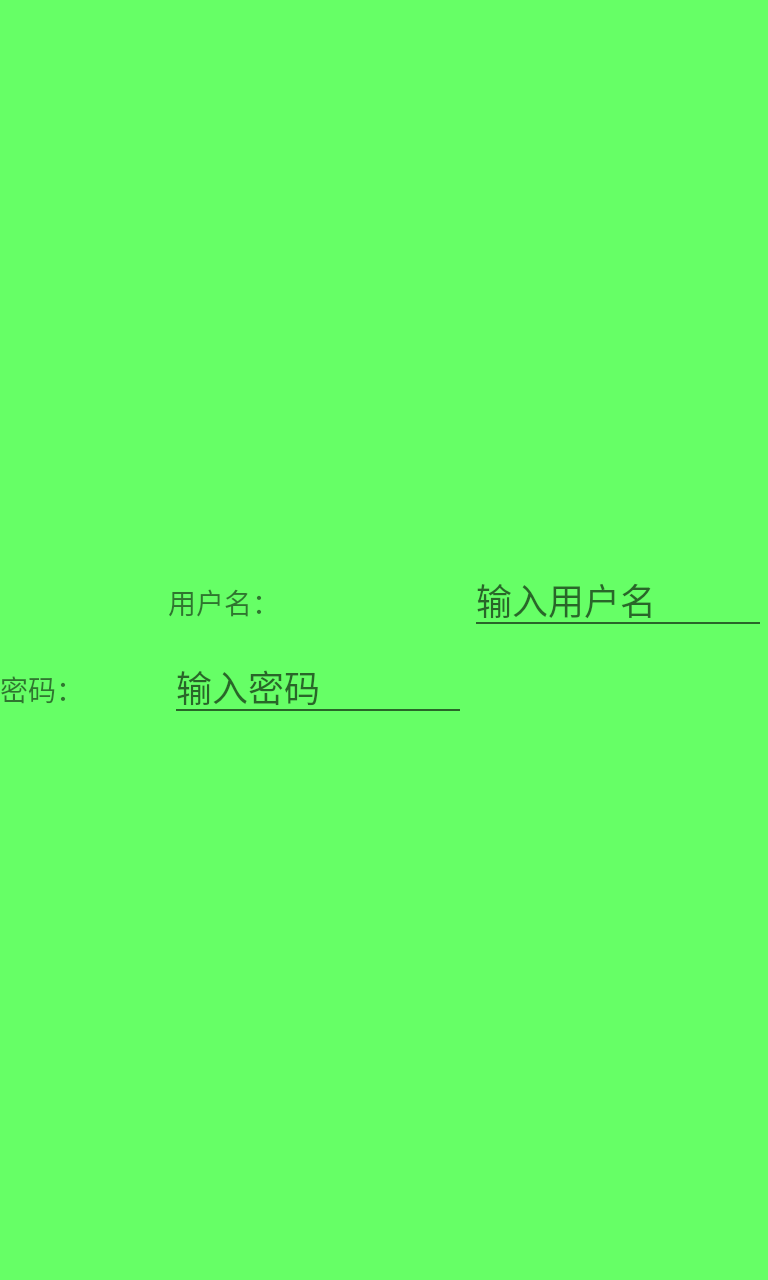
Repository: bingb89/Garbage
Layout: xml/login-demo/res/layout/activity_main.xml
An editor plug-in stored every save of this project. The layout is shown before and after a run of saves, followed by the edit.
It is drawn on a 768 x 1280 px phone screen (xhdpi) without system bars, with theme AppTheme; the app's code is not run.

Above is the layout before, as saved 2015-12-25 03:05:13.

### xml/login-demo/res/layout/activity_main.xml
<TableLayout xmlns:android="http://schemas.android.com/apk/res/android"
    xmlns:tools="http://schemas.android.com/tools"
    tools:context=".MainActivity"
    android:id="@+id/relative"
    android:layout_width="fill_parent"
    android:layout_height="fill_parent"
    android:background="#66ff66"
    android:gravity="center_vertical"
    android:stretchColumns="0,3">

    <TableRow>
		<TextView />
        <TextView
            android:id="@+id/text1"
            android:layout_width="wrap_content"
            android:layout_height="wrap_content"
            android:text="@string/user_name" />

        <EditText
            android:id="@+id/edit1"
            android:layout_width="wrap_content"
            android:layout_height="wrap_content"
            android:minWidth="150dp"
            android:hint="@string/name_hint" />
    </TableRow>

    <TableRow>

        <TextView
            android:id="@+id/text2"
            android:layout_width="wrap_content"
            android:layout_height="wrap_content"
            android:text="@string/user_pass" />

        <EditText
            android:id="@+id/edit2"
            android:layout_width="wrap_content"
            android:layout_height="wrap_content"
            android:minWidth="150dp"
            android:hint="@string/pass_hint" />
    </TableRow>

</TableLayout>

### xml/login-demo/res/values/strings.xml
<?xml version="1.0" encoding="utf-8"?>
<resources>

    <string name="app_name">login-demo</string>
    <string name="hello_world">Hello world!</string>
    <string name="action_settings">Settings</string>

    <string name="user_name">用户名：</string>
    <string name="user_pass">密码：</string>
    <string name="name_hint">输入用户名</string>
    <string name="pass_hint">输入密码</string>

</resources>

Loaded but not shown: xml/login-demo/res/values/styles.xml (common file); xml/login-demo/res/values-v11/styles.xml (common file); xml/login-demo/res/values-v14/styles.xml (common file)

After the next 3 saves:
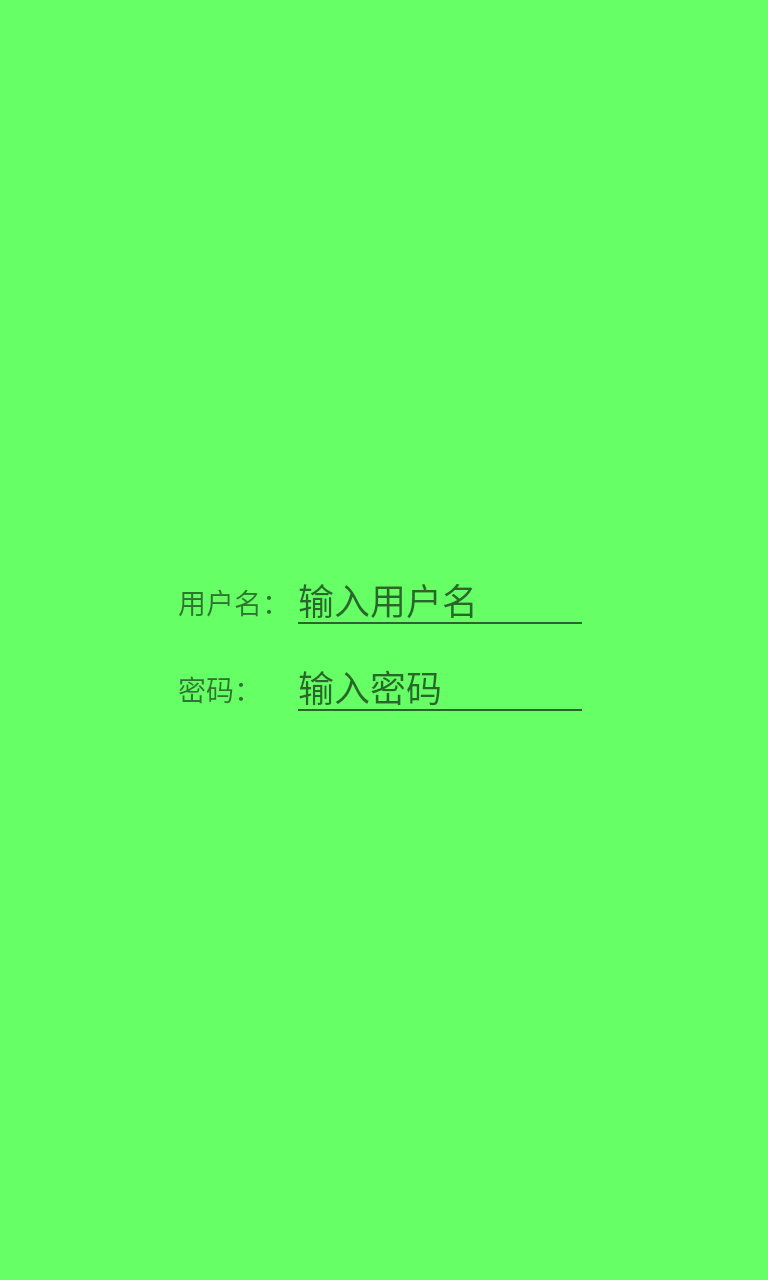
The 3 saves are shown as one change because they came seconds apart.
The last was saved 10 s later.
--- a/xml/login-demo/res/layout/activity_main.xml
+++ b/xml/login-demo/res/layout/activity_main.xml
@@ -22,10 +22,11 @@
             android:layout_height="wrap_content"
             android:minWidth="150dp"
             android:hint="@string/name_hint" />
+        <TextView />
     </TableRow>
 
     <TableRow>
-
+		<TextView />
         <TextView
             android:id="@+id/text2"
             android:layout_width="wrap_content"
@@ -38,6 +39,7 @@
             android:layout_height="wrap_content"
             android:minWidth="150dp"
             android:hint="@string/pass_hint" />
+        <TextView />
     </TableRow>
 
 </TableLayout>
